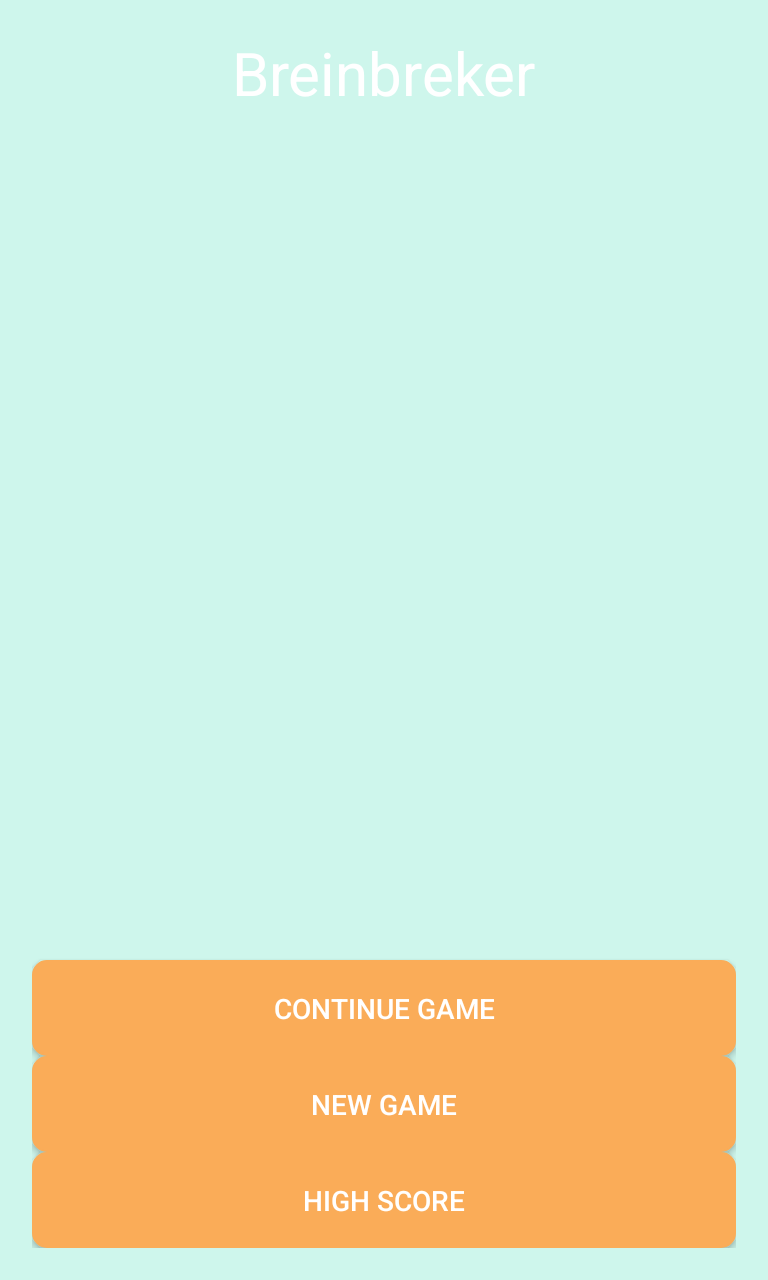
Repository: jelleswester/Breinbreker
Layout: Breinbreker/res/layout/activity_start_screen.xml
The author's editor kept a copy of each file at every save. The layout is drawn from the files as they stood at one save, then again after the next save.
It is drawn on a 768 x 1280 px phone screen (xhdpi) without system bars, with theme AppTheme; the app's code is not run.

Above is the layout before, as saved 2015-01-22 20:42:46.

After the next save:
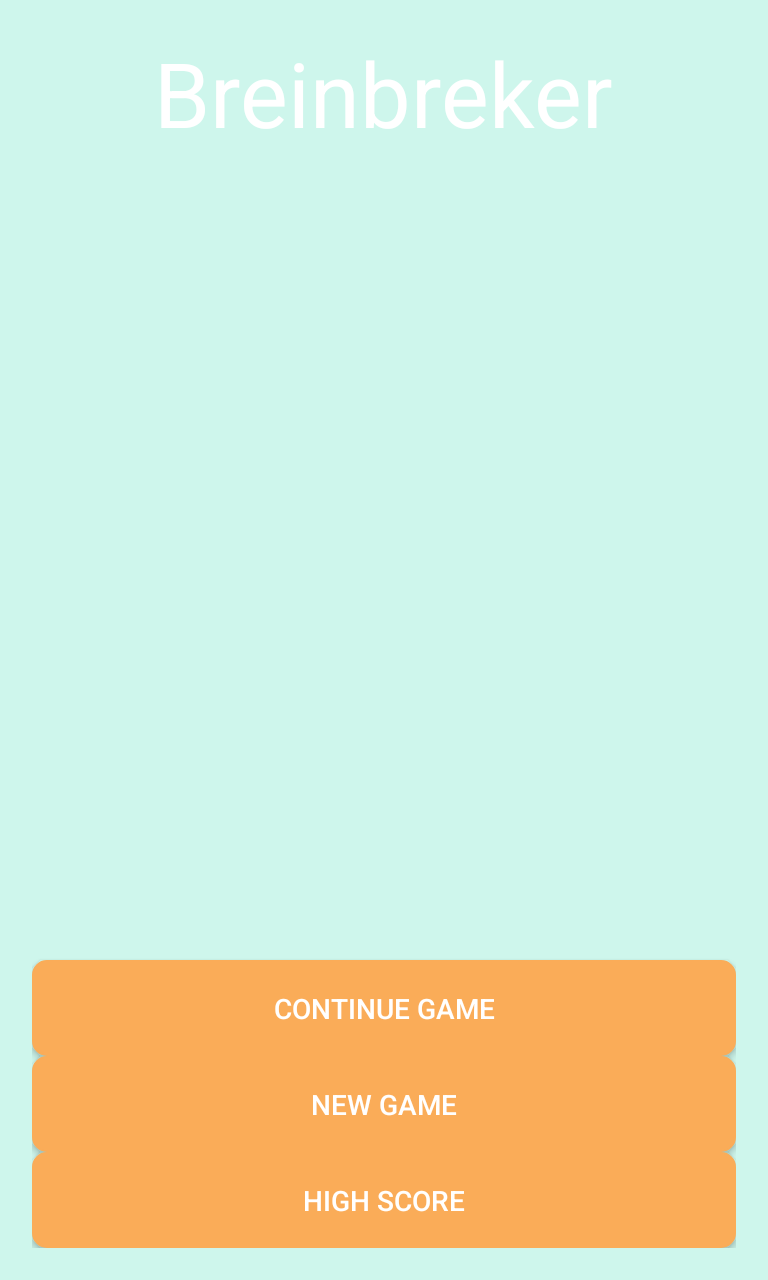
Saved 4 s later.
--- a/Breinbreker/res/layout/activity_start_screen.xml
+++ b/Breinbreker/res/layout/activity_start_screen.xml
@@ -17,7 +17,7 @@
         android:layout_centerHorizontal="true"
         android:text="@string/brein_breker"
         android:textColor="@color/white"
-        android:textSize="30sp" />
+        android:textSize="45sp" />
 
     <Button
         android:id="@+id/highScoreButton"
